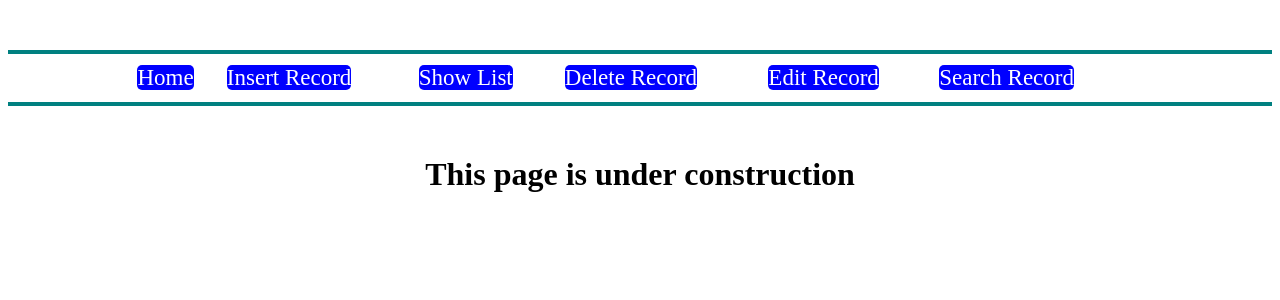
Repository: nikunj-var/Advance_Java
Page: http://localhost/product_management/insert.jsp
An editor plug-in stored every save of this project. The page is shown before and after the next save, followed by the edit.
The browser window is 1280 px wide. The pictures show the whole page.
The page is served by Tomcat 10.

Above is the page before, as saved 2023-07-17 13:08:56.

After the next save:
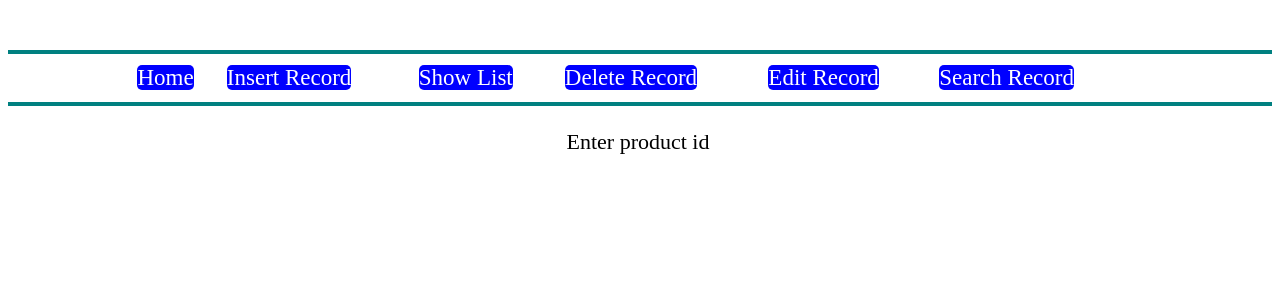
Saved 2 min 25 s later.
--- a/product_management/src/main/webapp/insert.jsp
+++ b/product_management/src/main/webapp/insert.jsp
@@ -1,8 +1,11 @@
 <%@ include file = "navbar.jsp"%>
 <html>
 	<body>
-		<div class='div'>
-			<h1>This page is under construction</h1>
-		</div>
+		<table class='table'>
+			<tr>
+				<td>Enter product id</td>
+				<td></td>
+			</tr>
+		</table>
 	</body>
 </html>
